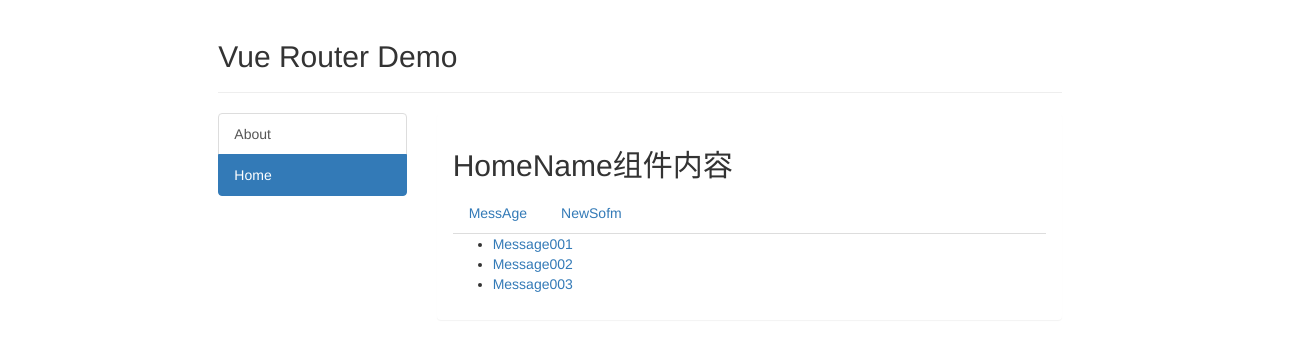
Repository: ldqml/vue.test
Page: /#/home/message (app in router/)
An editor plug-in stored every save of this project. The page is shown before and after the next save, followed by the edit.
The browser window is 1280 px wide. The page is 1295 px wide, so the pictures cover 1295 px, including what lies to the right of the window. The pictures show the whole page.
The project was rebuilt for these pictures with package versions that can differ from the ones it lists, and the page was loaded fresh each time. Also part of the build but not shown: router/vue.config.js, router/src/components/AboutName.vue, router/src/components/NewSofm.vue, router/src/components/QueryMessage.vue.

Above is the page before, as saved 2022-08-31 19:41:13.

After the next save:
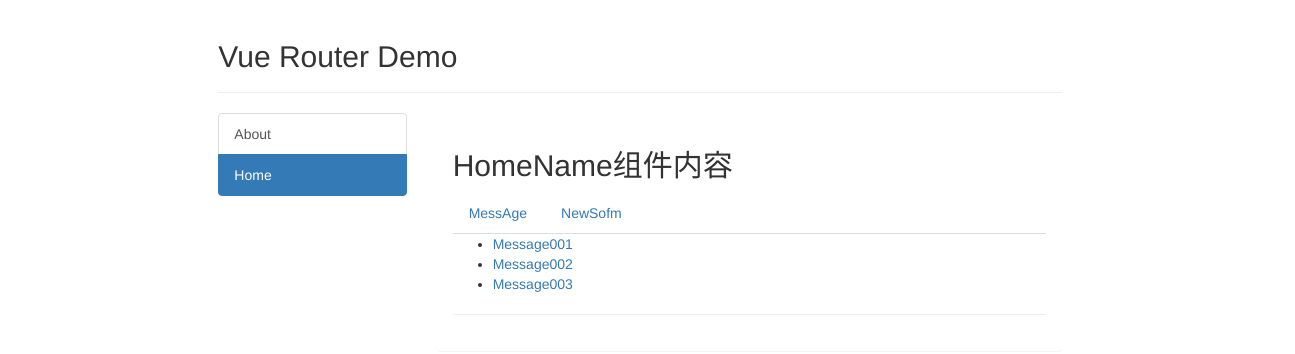
Saved 104 s later.
--- a/router/src/components/MessAge.vue
+++ b/router/src/components/MessAge.vue
@@ -1,10 +1,13 @@
 <template>
-  <ul>
+  <div>
+    <ul>
     <li v-for=" n in querylist" :key="n.id">
         <router-link to="/home/newsofm/querymessage">{{n.title}}</router-link>
     </li>
   </ul>
-
+  <hr>
+  <router-view></router-view>
+  </div>
 </template>
 
 <script>
